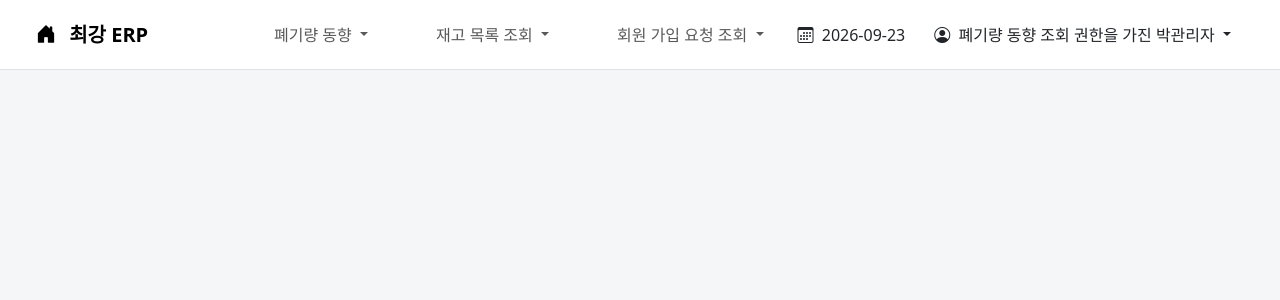
Repository: nojong99/kosta
Page: 32_MVCModel2/src/main/webapp/adminHeader.html
An editor plug-in stored every save of this project. The page is shown before and after the next save, followed by the edit.
The browser window is 1280 px wide. The pictures show the whole page.

Above is the page before, as saved 2026-09-23 05:23:25.

### 32_MVCModel2/src/main/webapp/adminHeader.html
<!DOCTYPE html>
<html>
<head>
<meta charset="UTF-8">
<meta name="viewport" content="width=device-width, initial-scale=1">

<title>최강 ERP</title>

<link
	href="https://cdn.jsdelivr.net/npm/bootstrap@5.3.8/dist/css/bootstrap.min.css"
	rel="stylesheet">
<link rel="stylesheet"
	href="https://cdn.jsdelivr.net/npm/bootstrap-icons@1.13.1/font/bootstrap-icons.min.css">
<link rel="stylesheet" href="css/wasteTrends.css">

</head>
<body>
	<header>
		<nav class="navbar navbar-expand-lg bg-white border-bottom px-4">

			<div class="container-fluid">
				<a class="navbar-brand fw-bold me-4" href="index.html"> <i
					class="bi bi-house-door-fill me-2"></i> 최강 ERP
				</a>
				<ul class="navbar-nav flex-grow-1 mb-2 mb-lg-0">

					<li class="nav-item dropdown flex-fill text-center"><a
						class="nav-link dropdown-toggle" href="#" role="button"
						data-bs-toggle="dropdown"> 폐기량 동향 </a>

						<ul class="dropdown-menu">

							<li><a class="dropdown-item" href="#"> </a></li>

						</ul></li>

					<li class="nav-item dropdown flex-fill text-center"><a
						class="nav-link dropdown-toggle" href="#" role="button"
						data-bs-toggle="dropdown"> 재고 목록 조회 </a>
						<ul class="dropdown-menu">

							<li><a class="dropdown-item" href="#"> </a></li>

						</ul></li>
					<li class="nav-item dropdown flex-fill text-center"><a
						class="nav-link dropdown-toggle" href="#" role="button"
						data-bs-toggle="dropdown"> 회원 가입 요청 조회 </a>

						<ul class="dropdown-menu">

							<li><a class="dropdown-item" href="#"> </a></li>

						</ul></li>



				</ul>
				<div class="current-date me-3">
					<i class="bi bi-calendar3 me-1"></i> <span id="currentDate">2026-09-23</span>
				</div>
				<div class="dropdown">

					<button class="btn dropdown-toggle" data-bs-toggle="dropdown">

						<i class="bi bi-person-circle me-1"></i> 폐기량 동향 조회 권한을 가진 박관리자

					</button>


					<ul class="dropdown-menu dropdown-menu-end">

						<li><a class="dropdown-item" href="#"> 프로필 </a></li>

						<li><a class="dropdown-item" href="#"> 설정 </a></li>

						<li>
							<hr class="dropdown-divider">
						</li>

						<li><a class="dropdown-item" href="#"> 로그아웃 </a></li>

					</ul>

				</div>

			</div>

		</nav>
	</header>
</body>
</html>

### 32_MVCModel2/src/main/webapp/css/wasteTrends.css
@charset "UTF-8";


/* ==================================================
   BODY
================================================== */

body {
    background-color: #f5f6f8;
    margin: 0;
}


/* ==================================================
   HEADER / NAV
================================================== */

header {
    width: 100%;
}

/* Bootstrap navbar */
.navbar {
    min-height: 70px;
}


.navbar .dropdown {
    position: relative;
}

.navbar .dropdown:hover > .dropdown-menu {
    display: block;
    top: 100%;
    left: 50%;
    transform: translateX(-50%);
    margin-top: 0;
}


/* 홈 로고 */
.navbar-brand {
    min-width: 180px;
}


/* ==================================================
   SIDEBAR
================================================== */

.sidebar {
    width: 250px;
    min-height: calc(100vh - 70px);

    background-color: #212529;
    color: white;

    flex-shrink: 0;
}


.sidebar .logo {
    height: 70px;

    display: flex;
    align-items: center;

    padding: 0 25px;

    font-size: 20px;
    font-weight: bold;

    color: white;
}


.sidebar .nav-link {
    color: #adb5bd;
    padding: 12px 25px;
}


.sidebar .nav-link:hover,
.sidebar .nav-link.active {
    color: white;
    background-color: #343a40;
}


.sidebar .nav-link i {
    margin-right: 10px;
}


/* ==================================================
   MAIN
================================================== */

.main {
    min-height: calc(100vh - 70px);

    flex-grow: 1;

    min-width: 0;
}


/* ==================================================
   CARD
================================================== */

.dashboard-card {
    border: none;
    border-radius: 10px;
}


.dashboard-icon {
    width: 45px;
    height: 45px;

    border-radius: 10px;

    display: flex;
    align-items: center;
    justify-content: center;

    font-size: 20px;
}


/* ==================================================
   CHART
================================================== */

.chart-area {
    height: 300px;

    display: flex;
    align-items: center;
    justify-content: center;

    color: #adb5bd;

    background-color: #fafafa;

    border-radius: 8px;
}


/* ==================================================
   EMPTY DATA
================================================== */

.empty-data {
    height: 150px;

    display: flex;
    align-items: center;
    justify-content: center;

    color: #adb5bd;
}


/* ==================================================
   MOBILE
================================================== */

@media (max-width: 768px) {

    .sidebar {
        width: 70px;
    }


    .sidebar .logo span,
    .sidebar .nav-link span {
        display: none;
    }


    .sidebar .logo {
        justify-content: center;
        padding: 0;
    }


    .sidebar .nav-link {
        text-align: center;
        padding: 15px 0;
    }


    .sidebar .nav-link i {
        margin: 0;
    }


    .navbar-brand {
        min-width: auto;
    }

}

After the next save:
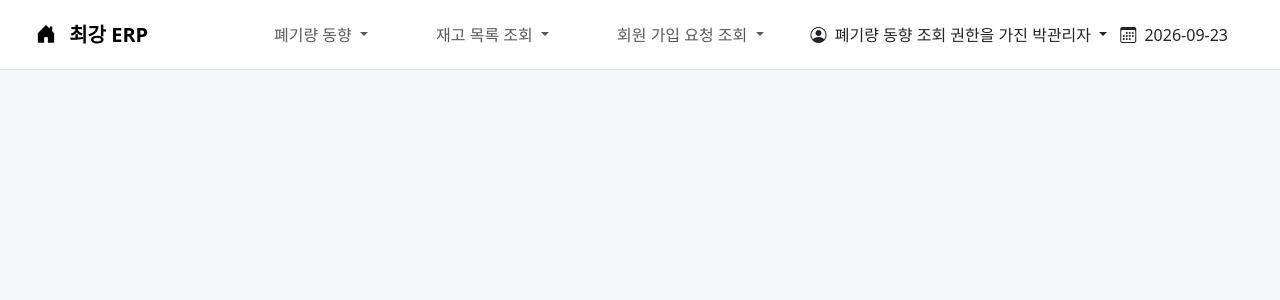
Saved 57 s later.
--- a/32_MVCModel2/src/main/webapp/adminHeader.html
+++ b/32_MVCModel2/src/main/webapp/adminHeader.html
@@ -55,9 +55,7 @@
 
 
 				</ul>
-				<div class="current-date me-3">
-					<i class="bi bi-calendar3 me-1"></i> <span id="currentDate">2026-09-23</span>
-				</div>
+
 				<div class="dropdown">
 
 					<button class="btn dropdown-toggle" data-bs-toggle="dropdown">
@@ -82,7 +80,9 @@
 					</ul>
 
 				</div>
-
+				<div class="current-date me-3">
+					<i class="bi bi-calendar3 me-1"></i> <span id="currentDate">2026-09-23</span>
+				</div>
 			</div>
 
 		</nav>
